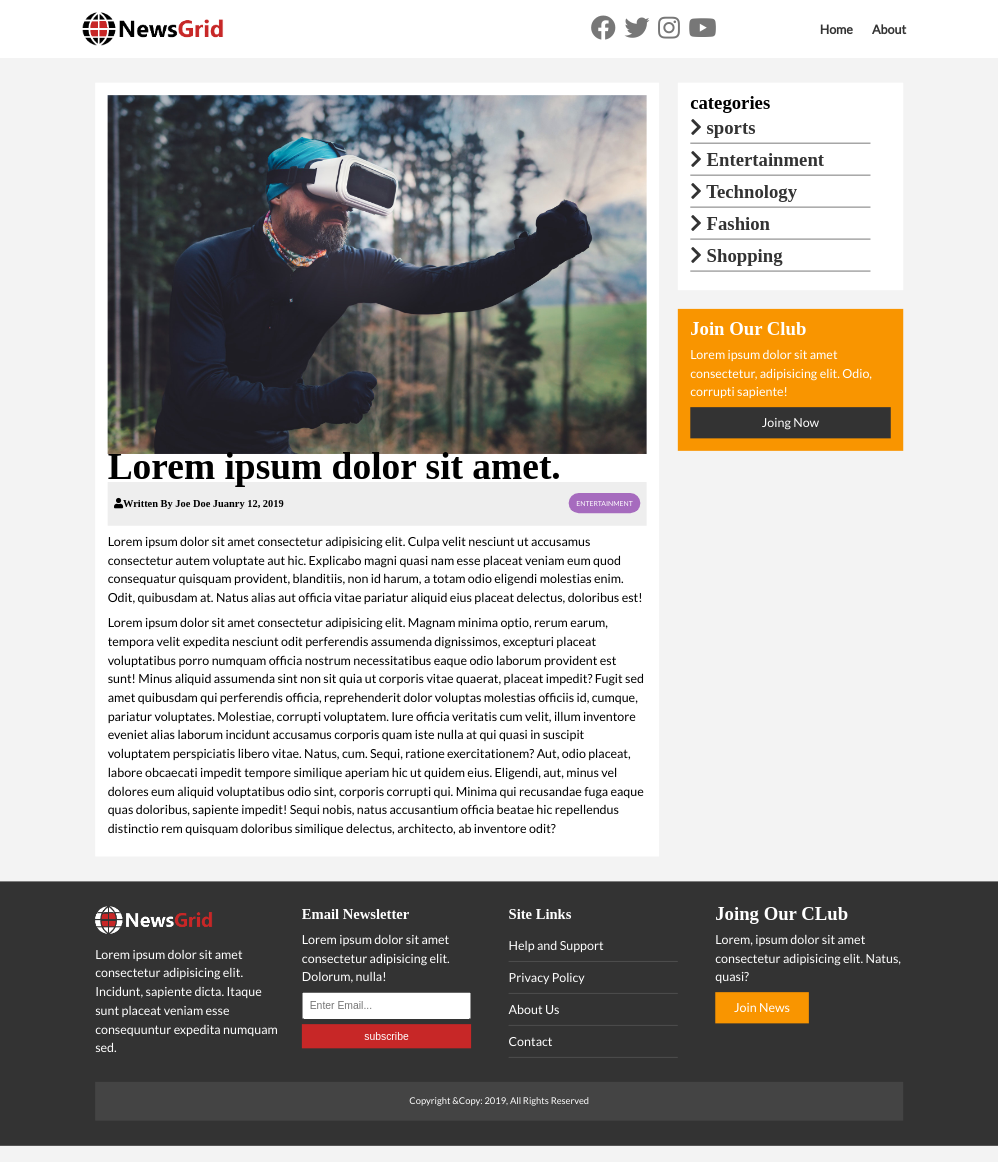
Repository: EswinGiova/NewsGrid
Page: article.html
These files come from the project's save history. The page is drawn as it stood at one moment and after the next save; the edit follows.
The browser window is 1280 px wide. The pictures show the whole page, at 78% of full size.
Some web libraries are served in a nearby version.

Above is the page before, as saved 2020-09-21 17:48:42.

### article.html
<!DOCTYPE html>
<html lang="en">
  <head>
    <meta charset="UTF-8" />
    <meta name="viewport" content="width=device-width, initial-scale=1.0" />
    <link rel="shortcut icon" type="image/x-icon" href="favicon.ico" />
    <link
      href="https://fonts.googleapis.com/css2?family=Lato&family=Staatliches&display=swap"
      rel="stylesheet"
    />
    <link rel="stylesheet" href="./css/style.css" />
    <link
      rel="stylesheet"
      media="screen and (max-width: 768px)"
      href="./css/mobile.css"
    />

    <link
      rel="stylesheet"
      href="https://cdnjs.cloudflare.com/ajax/libs/font-awesome/5.14.0/css/all.min.css"
      integrity="sha512-1PKOgIY59xJ8Co8+NE6FZ+LOAZKjy+KY8iq0G4B3CyeY6wYHN3yt9PW0XpSriVlkMXe40PTKnXrLnZ9+fkDaog=="
      crossorigin="anonymous"
    />

    <title>NewsGrid | Latest News</title>
  </head>
  <body>
    <nav id="main-nav">
      <div class="container">
        <img src="./image_resources/logo.png" alt="" class="logo" />
        <div class="social">
          <a href="#" target="_blank"><i class="fab fa-facebook fa-2x"></i></a>
          <a href="#" target="_blank"><i class="fab fa-twitter fa-2x"></i></a>
          <a href="#" target="_blank"><i class="fab fa-instagram fa-2x"></i></a>
          <a href="#" target="_blank"><i class="fab fa-youtube fa-2x"></i></a>
        </div>
        <ul>
          <li><a href="./index.html">Home</a></li>
          <li><a href="./about.html">About </a></li>
        </ul>
      </div>
    </nav>

    <section id="article">
      <div class="container">
        <div class="page-container">
          <article class="card">
            <img src="./image_resources/articles/ent1.jpg" alt="" />
            <h1 class="l-heading">Lorem ipsum dolor sit amet.</h1>
            <div class="meta">
              <small>
                <i class="fas fa-user">Written By Joe Doe Juanry 12, 2019</i>
              </small>
              <div class="category category-ent">Entertainment</div>
            </div>
            <p>
              Lorem ipsum dolor sit amet consectetur adipisicing elit. Culpa
              velit nesciunt ut accusamus consectetur autem voluptate aut hic.
              Explicabo magni quasi nam esse placeat veniam eum quod consequatur
              quisquam provident, blanditiis, non id harum, a totam odio
              eligendi molestias enim. Odit, quibusdam at. Natus alias aut
              officia vitae pariatur aliquid eius placeat delectus, doloribus
              est!
            </p>
            <p>
              Lorem ipsum dolor sit amet consectetur adipisicing elit. Magnam
              minima optio, rerum earum, tempora velit expedita nesciunt odit
              perferendis assumenda dignissimos, excepturi placeat voluptatibus
              porro numquam officia nostrum necessitatibus eaque odio laborum
              provident est sunt! Minus aliquid assumenda sint non sit quia ut
              corporis vitae quaerat, placeat impedit? Fugit sed amet quibusdam
              qui perferendis officia, reprehenderit dolor voluptas molestias
              officiis id, cumque, pariatur voluptates. Molestiae, corrupti
              voluptatem. Iure officia veritatis cum velit, illum inventore
              eveniet alias laborum incidunt accusamus corporis quam iste nulla
              at qui quasi in suscipit voluptatem perspiciatis libero vitae.
              Natus, cum. Sequi, ratione exercitationem? Aut, odio placeat,
              labore obcaecati impedit tempore similique aperiam hic ut quidem
              eius. Eligendi, aut, minus vel dolores eum aliquid voluptatibus
              odio sint, corporis corrupti qui. Minima qui recusandae fuga eaque
              quas doloribus, sapiente impedit! Sequi nobis, natus accusantium
              officia beatae hic repellendus distinctio rem quisquam doloribus
              similique delectus, architecto, ab inventore odit?
            </p>
          </article>
          <aside id="categories" class="card">
            <h2>
              categories
              <ul class="list">
                <li>
                  <a href="#"><i class="fas fa-chevron-right"></i> sports </a>
                </li>
                <li>
                  <a href="#"
                    ><i class="fas fa-chevron-right"></i> Entertainment
                  </a>
                </li>
                <li>
                  <a href="#"
                    ><i class="fas fa-chevron-right"></i> Technology
                  </a>
                </li>
                <li>
                  <a href="#"><i class="fas fa-chevron-right"></i> Fashion </a>
                </li>
                <li>
                  <a href="#"><i class="fas fa-chevron-right"></i> Shopping </a>
                </li>
              </ul>
            </h2>
          </aside>
          <aside class="card bg-secondary">
            <h2>Join Our Club</h2>
            <p>
              Lorem ipsum dolor sit amet consectetur, adipisicing elit. Odio,
              corrupti sapiente!
            </p>
            <a href="#" class="btn btn-dark btn-block">Joing Now</a>
          </aside>
        </div>
      </div>
    </section>

    <!-- footer -->
    <footer id="main-footer" class="py-2">
      <div class="container footer-container">
        <div>
          <img src="./image_resources/logo_light.png" alt="news" />
          <p>
            Lorem ipsum dolor sit amet consectetur adipisicing elit. Incidunt,
            sapiente dicta. Itaque sunt placeat veniam esse consequuntur
            expedita numquam sed.
          </p>
        </div>
        <div>
          <h3>Email Newsletter</h3>
          <p>
            Lorem ipsum dolor sit amet consectetur adipisicing elit. Dolorum,
            nulla!
          </p>
          <form>
            <input type="email" placeholder="Enter Email..." />
            <input type="submit" value="subscribe" class="btn btn-primary" />
          </form>
        </div>
        <div>
          <h3>Site Links</h3>
          <ul class="list">
            <li><a href="#">Help and Support</a></li>
            <li><a href="#">Privacy Policy</a></li>
            <li><a href="#">About Us</a></li>
            <li><a href="#">Contact</a></li>
          </ul>
        </div>
        <div>
          <h2>Joing Our CLub</h2>
          <p>
            Lorem, ipsum dolor sit amet consectetur adipisicing elit. Natus,
            quasi?
          </p>
          <a href="#" class="btn btn-secondary">Join News</a>
        </div>
        <div>
          <p>Copyright &Copy: 2019, All Rights Reserved</p>
        </div>
      </div>
    </footer>
  </body>
</html>

### css/style.css
:root {
  --primary-color: #c72727;
  --secondary-color: #f99500;
  --light-color: #f3f3f3;
  --dark-color: #333;
  --max-width: 1100px;
}

.category {
  --sports-color: #f99500;
  --ent-color: #a66bbe;
  --tech-color: #009cff;
}
* {
  margin: 0;
  padding: 0;
  box-sizing: border-box;
}
body {
  font-family: 'Lato', sans-serif !important;
  line-height: 1.5;
  background: var(--light-color);
}

a {
  color: var(--dark-color);
  text-decoration: none;
}

ul {
  list-style: none;
}
p {
  margin: 0.5rem 0;
}

img {
  width: 100%;
}

h1,
h2,
h3,
h4,
h5,
h6 {
  font-family: 'Staaliches', cursive;
  margin-bottom: 0.55rem;
  line-height: 1.3rem;
}

/*  utility class */

.container {
  max-width: var(--max-width);
  margin: auto;
  padding: 0 2rem;
  overflow: hidden;
}

/* category */

.category {
  display: inline-block;
  color: #fff;
  font-size: 0.55rem;
  text-transform: uppercase;
  padding: 0.4rem 0.6rem;
  border-radius: 15px;
  margin-bottom: 0.5rem;
}

.category-sports {
  background: var(--sports-color);
}
.category-ent {
  background: var(--ent-color);
}
.category-tech {
  background: var(--tech-color);
}

/* btn */

.btn {
  display: inline-block;
  border: none;
  background: var(--dark-color);
  color: #fff;
  padding: 0.5rem 1.5rem;
}

.btn-light {
  background: var(--light-color);
}
.btn-primary {
  background: var(--primary-color);
}
.btn-secondary {
  background: var(--secondary-color);
}
.btn:hover {
  opacity: 0.8;
}

.btn-block {
  display: block;
  width: 100%;
  text-align: center;
}

/* cards */

.card {
  background: white;
  padding: 1rem;
}

.bg-dark {
  background: var(--dark-color);
  color: white;
}
.bg-primary {
  background: var(--primary-color);
  color: white;
}
.bg-secondary {
  background: var(--secondary-color);
  color: #fff;
}
.py-1 {
  padding: 1.5rem 0;
}
.py-2 {
  padding: 2rem 0;
}
.py-3 {
  padding: 3rem 0;
}
.p-1 {
  padding: 1.5rem;
}
.p-2 {
  padding: 2rem;
}
.p-3 {
  padding: 3rem;
}

.l-heading {
  font-size: 3rem;
}

.bg-dark h1,
.bg-dark h2,
.bg-dark h3,
.bg-dark a,
.bg-primary h1,
.bg-primary h2,
.bg-primary h3,
.bg-primary a,
.bg-secondary h1,
.bg-secondary h2,
.bg-secondary h3,
.bg-secondary a {
  color: #fff;
}

.list li {
  padding: 0.5rem 0;
  border-bottom: 1px solid #555;
  width: 90%;
}
.list li a:hover {
  color: var(--primary-color) !important;
}

/* inner page container */
.page-container {
  display: grid;
  grid-template-columns: 5fr 2fr;
  margin: 2rem 0;
  grid-gap: 1.5rem;
}
.page-container > *:first-child {
  grid-row: 1 / span 3;
}

/* Navigation */
#main-nav {
  background: #fff;
  position: sticky;
  top: 0;
  z-index: 2;
}

#main-nav .container {
  display: grid;
  grid-template-columns: 6fr 3fr 2fr;
  padding: 1rem;
  align-items: center;
}

#main-nav .logo {
  width: 180px;
}

#main-nav ul {
  display: flex;
  justify-self: end;
}

#main-nav ul li a {
  padding: 0.77rem;
  font-weight: bold;
}

#main-nav ul li .current {
  background: var(--primary-color);
  color: white;
}

#main-nav ul li .current:hover {
  background: var(--light-color);
  color: var(--dark-color);
}
#main-nav .social {
  justify-self: center;
}

#main-nav .social i {
  color: #777;
  margin-left: 0.5rem;
}

/* showcase */
#showcase {
  background: #333;
  color: #fff;
  position: relative;
}

#showcase:before {
  content: '';
  background: url('../image_resources/featured.jpg') center center/cover;
  position: absolute;
  top: 0;
  left: 0;
  width: 100%;
  height: 100%;
  opacity: 0.4;
}
#showcase .showcase-container {
  height: 50vh;
  display: grid;
  grid-template-columns: repeat(2, 1fr);
  justify-content: center;
  align-content: center;
}
#showcase .showcase-container .showcase-content {
  z-index: 2;
  text-align: justify;
}
#showcase .showcase-container .showcase-content p {
  margin: 1rem 0;
}
/* Home Articles  */

#home-articles .articles-container {
  display: grid;
  grid-template-columns: repeat(3, 1fr);
  grid-gap: 1rem;
}

#home-articles .articles-container > *:first-child,
#home-articles .articles-container > *:last-child {
  display: grid;
  grid-template-columns: repeat(2, 1fr);
  grid-column: 1 / span 2;
  grid-gap: 1rem;
  align-items: center;
}
#home-articles .articles-container > *:last-child {
  grid-column: 2 / span 2;
}

#article .meta {
  display: flex;
  justify-content: space-between;

  align-items: center;
  background: #eee;
  padding: 0.5rem;
}

#article .meta .category {
  margin-top: 0.4rem;
}

/* footer */
#main-footer {
  background: var(--dark-color);
  color: #fff;
}

#main-footer img {
  width: 150px;
}

#main-footer a {
  color: #fff;
}

#main-footer .footer-container {
  display: grid;
  grid-template-columns: repeat(4, 1fr);
  grid-gap: 1.5rem;
}

#main-footer .footer-container > *:last-child {
  grid-column: 1 / span 4;
  text-align: center;
  background: #444;

  font-size: 0.75rem;
  padding: 0.5rem;
}

#main-footer .footer-container input[type='email'] {
  width: 90%;
  padding: 0.5rem;
  margin-bottom: 0.4rem;
}

#main-footer .footer-container input[type='submit'] {
  width: 90%;
}

/* about our page  */

Loaded but not shown: css/mobile.css (no copy from this time; the picture is the same without it)

After the next save:
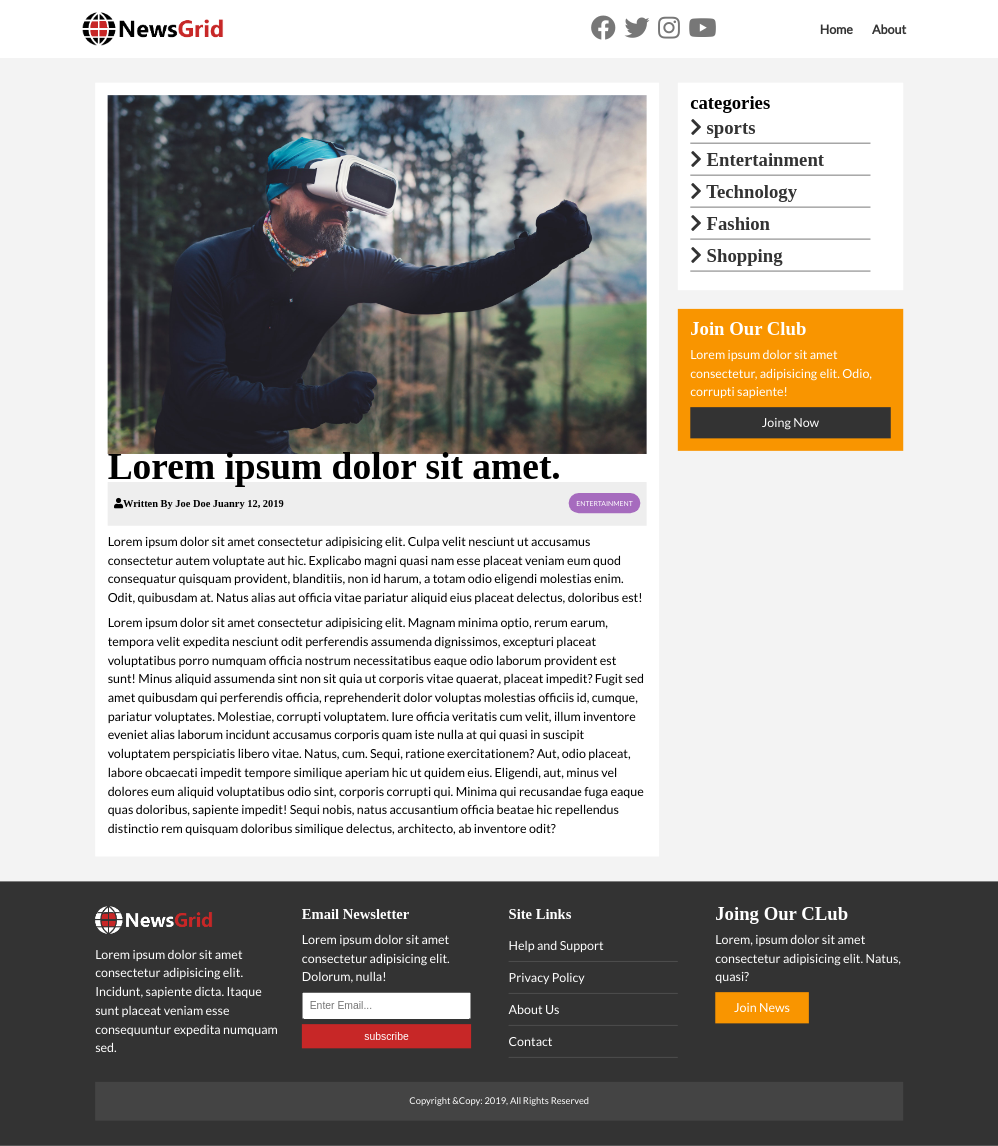
Saved 22 s later.
--- a/css/style.css
+++ b/css/style.css
@@ -44,7 +44,7 @@ h3,
 h4,
 h5,
 h6 {
-  font-family: 'Staaliches', cursive;
+  font-family: 'Staaliches';
   margin-bottom: 0.55rem;
   line-height: 1.3rem;
 }
